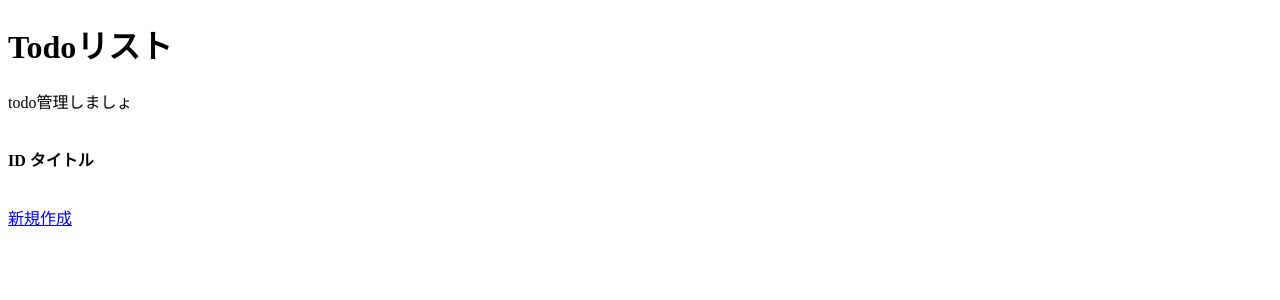
Repository: NakaharaErika/calculator_naka
Page: http://localhost/sodatec_homework/list
An editor plug-in stored every save of this project. The page is shown before and after the next save, followed by the edit.
The browser window is 1280 px wide. The pictures show the whole page.
The page is served by Tomcat 10. Queries for data that is not in the repository find no rows.

Above is the page before, as saved 2023-11-10 06:08:27.

After the next save:
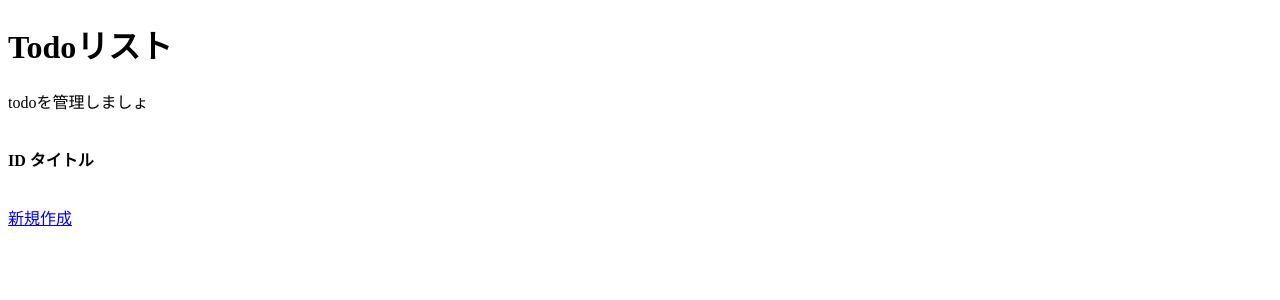
Saved 2 min 36 s later.
--- a/calculator_naka/sodatec_homework/src/main/java/controller/ListServlet.java
+++ b/calculator_naka/sodatec_homework/src/main/java/controller/ListServlet.java
@@ -19,14 +19,14 @@ import jakarta.servlet.http.HttpServletResponse;
 public class ListServlet extends HttpServlet {
 
 	protected void doGet(HttpServletRequest request, HttpServletResponse response) throws ServletException, IOException {
-		if(request.getAttribute("message") == null) {
-			request.setAttribute("message", "todo管理しましょ");
+
+		if (request.getAttribute("message") == null) {
+			request.setAttribute("message", "todoを管理しましょ");
 		}
 
 		String url = "jdbc:mysql://localhost/todo";
 		String user = "root";
-		String pass = "";
-
+		String password = "";
 		try {
 			Class.forName("com.mysql.jdbc.Driver");
 		} catch (Exception e) {
@@ -34,33 +34,32 @@ public class ListServlet extends HttpServlet {
 		}
 
 		String sql = "SELECT * FROM posts";
-		try(Connection connection = DriverManager.getConnection(url,user,pass);
-			PreparedStatement statement = connection.prepareStatement(sql);
-			ResultSet results = statement.executeQuery()){
-
-
-			ArrayList<HashMap<String,String>>rows = new ArrayList<HashMap<String,String>>();
+		try (Connection connection = DriverManager.getConnection(url,user,password);
+		PreparedStatement statement =connection.prepareStatement(sql);
+		ResultSet results = statement.executeQuery()){
+			ArrayList<HashMap<String, String>> rows = new ArrayList<HashMap<String, String>>();
 
 			while(results.next()) {
-				HashMap<String, String> columns = new HashMap<String,String>();
+				HashMap<String, String> columns = new HashMap<String, String>();
 
 				String id = results.getString("id");
-				columns.put("id",id);
+				columns.put("id", id);
 				String title = results.getString("title");
-				columns.put("title",title);
+				columns.put("title", title);
 				String content = results.getString("content");
-				columns.put("content",content);
+				columns.put("content", content);
 
 				rows.add(columns);
 			}
 			request.setAttribute("rows", rows);
-
-		} catch(Exception e) {
-			request.setAttribute("message", e.getMessage());
+		} catch (Exception e) {
+			request.setAttribute("message", "Exception:" + e.getMessage());
 		}
 
 		String view = "/WEB-INF/views/list.jsp";
 		RequestDispatcher dispatcher = request.getRequestDispatcher(view);
 		dispatcher.forward(request, response);
 	}
+
+
 }
